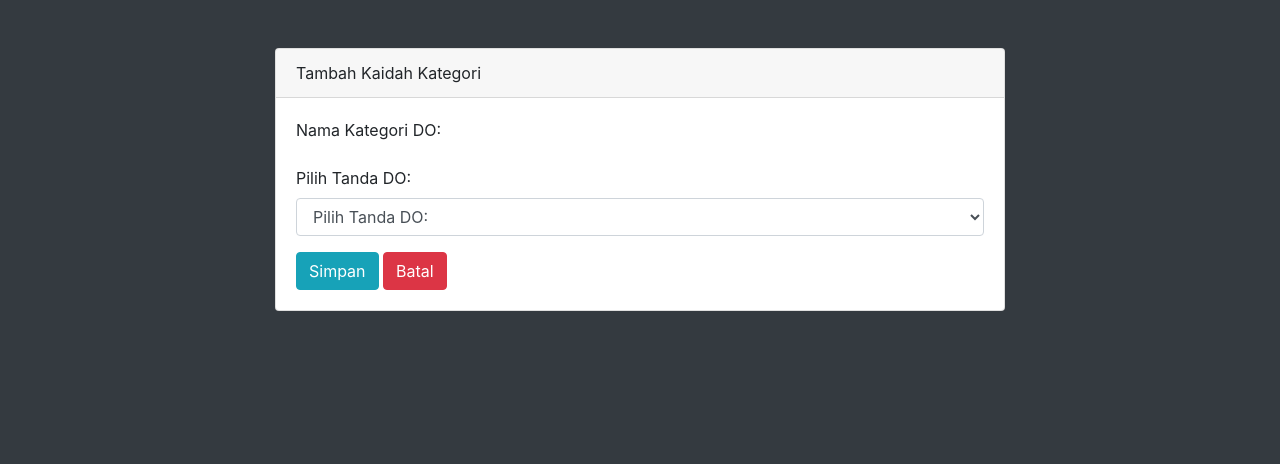
Repository: AdiPrimanto/sistempakar_dempster_shafer
Page: http://localhost/tambahbobot
An editor plug-in stored every save of this project. The page is shown before and after a run of saves, followed by the edit.
The browser window is 1280 px wide. The pictures show the whole page.
The page is served by the project's Laravel application, run on PHP 8.4 with Laravel 8. Other server files are loaded and not shown. The database holds what the project's SQL file puts in it. Queries for data that is not in the repository find no rows.

Above is the page before, as saved 2019-09-02 13:08:44.

### routes/web.php
<?php

/*
|--------------------------------------------------------------------------
| Web Routes
|--------------------------------------------------------------------------
|
| Here is where you can register web routes for your application. These
| routes are loaded by the RouteServiceProvider within a group which
| contains the "web" middleware group. Now create something great!
|
*/
Route::get('/', function ()
 {
    return view('welcome');
});

Route::get('/dashboard', function () {
    return view('admin.dashboard');
});

Auth::routes();

Route::post('/', 'SubmitController@submit');
// Route::get('/mahasiswa', 'MahasiswaController@index');
Route::get('/mahasiswa', 'SubmitController@index')->name('mahasiswa');
Route::get('/mahasiswa/{mahasiswa}/delete', 'SubmitController@delete');

Route::get('/home', 'HomeController@index')->name('home');

Route::get('/tandado', 'TandaDOController@index')->name('tandado');
Route::post('/tandado/store', 'TandaDOController@store');
Route::get('/tandado/{id_tanda}/edit', 'TandaDOController@edit');
Route::post('/tandado/{id_tanda}/update', 'TandaDOController@update');
Route::get('/tandado/{id_tanda}/delete', 'TandaDOController@delete');

Route::get('/kategorido', 'KategoriDOController@index')->name('kategorido');
Route::post('/kategorido/store', 'KategoriDOController@store');
Route::get('/kategorido/{id_kategori}/edit', 'KategoriDOController@edit');
Route::post('/kategorido/{id_kategori}/update', 'KategoriDOController@update');
Route::get('/kategorido/{id_kategori}/delete', 'KategoriDOController@delete');

Route::get('/kaidah', 'KaidahController@index')->name('kaidah');
Route::get('/kaidah/{id_kategori}/delete', 'KaidahController@delete');

Route::get('/bobot/{id_kategori}/show', 'BobotController@index');
Route::get('/bobot', 'BobotController@index');

Route::get('/tambahbobot', 'TambahbobotController@index');
Route::post('/tambahbobot', 'TambahbobotController@insert');

Route::get('/hasil', 'HasilController@index');

Route::get('logout', '\App\Http\Controllers\Auth\LoginController@logout');

### app/Http/Controllers/Auth/LoginController.php
<?php

namespace App\Http\Controllers\Auth;

use Auth;
use Illuminate\Http\Request;

use App\Http\Controllers\Controller;
use Illuminate\Foundation\Auth\AuthenticatesUsers;

class LoginController extends Controller
{
    /*
    |--------------------------------------------------------------------------
    | Login Controller
    |--------------------------------------------------------------------------
    |
    | This controller handles authenticating users for the application and
    | redirecting them to your home screen. The controller uses a trait
    | to conveniently provide its functionality to your applications.
    |
    */

    use AuthenticatesUsers;

    /**
     * Where to redirect users after login.
     *
     * @var string
     */
    protected $redirectTo = '/dashboard';

    /**
     * Create a new controller instance.
     *
     * @return void
     */
    public function __construct()
    {
        $this->middleware('guest')->except('logout');
    }

    public function logout(Request $request)
    {
        Auth::logout();
        return redirect('/');
    }
}

### app/Http/Controllers/TambahbobotController.php
<?php

namespace App\Http\Controllers;

use Illuminate\Http\Request;
use Illuminate\Support\Facades\DB;
use App\Tandado;
use App\Kategorido;

class TambahbobotController extends Controller
{
    public function index()
    {
        $kategori   = \DB::table('kategorido')->pluck('nama_kategori');
        // $kategori   = Kategorido::all();
        $tanda      = Tandado::all();
        return view('admin.tambahbobot', compact('kategori','tanda'));
    }

    public function insert(Request $request)
    {
        $submit = new Bobot();
        $submit->id_tanda = $request->id_tanda;
        $submit->save();

        return redirect('/kaidah');
    }
}

### app/Tandado.php
<?php

namespace App;

use Illuminate\Database\Eloquent\Model;

class Tandado extends Model
{
    protected $table = 'tanda';
    protected $primaryKey = 'id_tanda';
    protected $fillable = ['kode_tanda', 'nama_tanda', 'bobot'];
    public $timestamps = false;
}

### resources/views/admin/tambahbobot.blade.php
<!DOCTYPE html>
<html lang="en">

<head>
    <meta charset="utf-8">
    <meta http-equiv="X-UA-Compatible" content="IE=edge">
    <meta name="viewport" content="width=device-width, initial-scale=1, shrink-to-fit=no">
    <meta name="description" content="">
    <meta name="author" content="">
    <title>Identifikasi Dini Mahasiswa DO</title>
    <link rel="icon" href="frontend/img/akakom.png">
    <!-- Bootstrap core CSS-->
    <link href="{{asset('backend/vendor/bootstrap/css/bootstrap.min.css')}}" rel="stylesheet">
    <!-- Custom fonts for this template-->
    <link href="{{asset('backend/vendor/font-awesome/css/font-awesome.min.css')}}" rel="stylesheet" type="text/css">
    <!-- Custom styles for this template-->
    <link href="{{asset('backend/css/sb-admin.css')}}" rel="stylesheet">
</head>

<body class="bg-dark">
    <div class="container">
        <div class="row justify-content-center">
            <div class="col-md-8">
                <div class="card mx-auto mt-5">
                    <div class="card-header">Tambah Kaidah Kategori</div>
                    <div class="card-body">
                        @csrf
                        <form action="/tambahbobot" method="post">
                            @csrf
                            <div class="form-group">
                                <label for="text">Nama Kategori DO:</label>
                                @foreach ($kategori as $ktg)
                                <input type="text" name="nama_kategori" class="form-control" value="{{$ktg->nama_kategori}}" readonly
                                    autocomplete="off">
                                @endforeach
                            </div>
                            <div class="form-group">
                                <label for="text">Pilih Tanda DO:</label>
                                <select class="form-control" name="nama_tanda" id="dropdown">
                                    <option value="">Pilih Tanda DO:</option>
                                    @foreach ($tanda as $tnd)
                                    <option value="">{{$tnd->nama_tanda}}</option>
                                    @endforeach
                                </select>
                            </div>
                            <button class="btn btn-info" type="submit">Simpan</button>
                            <a href="/kaidah" class="btn btn-danger">Batal</a>
                        </form>
                    </div>
                </div>
            </div>
        </div>
    </div>
    </div>

    <!-- Bootstrap core JavaScript-->
    <script src="{{asset('backend/vendor/jquery/jquery.min.js')}}"></script>
    <script src="{{asset('backend/vendor/bootstrap/js/bootstrap.bundle.min.js')}}"></script>
    <!-- Core plugin JavaScript-->
    <script src="{{asset('backend/vendor/jquery-easing/jquery.easing.min.js')}}"></script>
</body>

</html>

### public/backend/css/sb-admin.css
html {
  position: relative;
  min-height: 100%;
}

body {
  overflow-x: hidden;
}

body.sticky-footer {
  margin-bottom: 56px;
}

body.sticky-footer .content-wrapper {
  min-height: calc(100vh - 56px - 56px);
}

body.fixed-nav {
  padding-top: 56px;
}

.content-wrapper {
  min-height: calc(100vh - 56px);
  padding-top: 1rem;
}

.scroll-to-top {
  position: fixed;
  right: 15px;
  bottom: 3px;
  display: none;
  width: 50px;
  height: 50px;
  text-align: center;
  color: white;
  background: rgba(52, 58, 64, 0.5);
  line-height: 45px;
}

.scroll-to-top:focus, .scroll-to-top:hover {
  color: white;
}

.scroll-to-top:hover {
  background: #343a40;
}

.scroll-to-top i {
  font-weight: 800;
}

.smaller {
  font-size: 0.7rem;
}

.o-hidden {
  overflow: hidden !important;
}

.z-0 {
  z-index: 0;
}

.z-1 {
  z-index: 1;
}

#mainNav .navbar-collapse {
  overflow: auto;
  max-height: 75vh;
}

#mainNav .navbar-collapse .navbar-nav .nav-item .nav-link {
  cursor: pointer;
}

#mainNav .navbar-collapse .navbar-sidenav .nav-link-collapse:after {
  float: right;
  content: '\f107';
  font-family: 'FontAwesome';
}

#mainNav .navbar-collapse .navbar-sidenav .nav-link-collapse.collapsed:after {
  content: '\f105';
}

#mainNav .navbar-collapse .navbar-sidenav .sidenav-second-level,
#mainNav .navbar-collapse .navbar-sidenav .sidenav-third-level {
  padding-left: 0;
}

#mainNav .navbar-collapse .navbar-sidenav .sidenav-second-level > li > a,
#mainNav .navbar-collapse .navbar-sidenav .sidenav-third-level > li > a {
  display: block;
  padding: 0.5em 0;
}

#mainNav .navbar-collapse .navbar-sidenav .sidenav-second-level > li > a:focus, #mainNav .navbar-collapse .navbar-sidenav .sidenav-second-level > li > a:hover,
#mainNav .navbar-collapse .navbar-sidenav .sidenav-third-level > li > a:focus,
#mainNav .navbar-collapse .navbar-sidenav .sidenav-third-level > li > a:hover {
  text-decoration: none;
}

#mainNav .navbar-collapse .navbar-sidenav .sidenav-second-level > li > a {
  padding-left: 1em;
}

#mainNav .navbar-collapse .navbar-sidenav .sidenav-third-level > li > a {
  padding-left: 2em;
}

#mainNav .navbar-collapse .sidenav-toggler {
  display: none;
}

#mainNav .navbar-collapse .navbar-nav > .nav-item.dropdown > .nav-link {
  position: relative;
  min-width: 45px;
}

#mainNav .navbar-collapse .navbar-nav > .nav-item.dropdown > .nav-link:after {
  float: right;
  width: auto;
  content: '\f105';
  border: none;
  font-family: 'FontAwesome';
}

#mainNav .navbar-collapse .navbar-nav > .nav-item.dropdown > .nav-link .indicator {
  position: absolute;
  top: 5px;
  left: 21px;
  font-size: 10px;
}

#mainNav .navbar-collapse .navbar-nav > .nav-item.dropdown.show > .nav-link:after {
  content: '\f107';
}

#mainNav .navbar-collapse .navbar-nav > .nav-item.dropdown .dropdown-menu > .dropdown-item > .dropdown-message {
  overflow: hidden;
  max-width: none;
  text-overflow: ellipsis;
}

@media (min-width: 992px) {
  #mainNav .navbar-brand {
    width: 250px;
  }
  #mainNav .navbar-collapse {
    overflow: visible;
    max-height: none;
  }
  #mainNav .navbar-collapse .navbar-sidenav {
    position: absolute;
    top: 0;
    left: 0;
    -webkit-flex-direction: column;
    -ms-flex-direction: column;
    flex-direction: column;
    margin-top: 56px;
  }
  #mainNav .navbar-collapse .navbar-sidenav > .nav-item {
    width: 250px;
    padding: 0;
  }
  #mainNav .navbar-collapse .navbar-sidenav > .nav-item > .nav-link {
    padding: 1em;
  }
  #mainNav .navbar-collapse .navbar-sidenav > .nav-item .sidenav-second-level,
  #mainNav .navbar-collapse .navbar-sidenav > .nav-item .sidenav-third-level {
    padding-left: 0;
    list-style: none;
  }
  #mainNav .navbar-collapse .navbar-sidenav > .nav-item .sidenav-second-level > li,
  #mainNav .navbar-collapse .navbar-sidenav > .nav-item .sidenav-third-level > li {
    width: 250px;
  }
  #mainNav .navbar-collapse .navbar-sidenav > .nav-item .sidenav-second-level > li > a,
  #mainNav .navbar-collapse .navbar-sidenav > .nav-item .sidenav-third-level > li > a {
    padding: 1em;
  }
  #mainNav .navbar-collapse .navbar-sidenav > .nav-item .sidenav-second-level > li > a {
    padding-left: 2.75em;
  }
  #mainNav .navbar-collapse .navbar-sidenav > .nav-item .sidenav-third-level > li > a {
    padding-left: 3.75em;
  }
  #mainNav .navbar-collapse .navbar-nav > .nav-item.dropdown > .nav-link {
    min-width: 0;
  }
  #mainNav .navbar-collapse .navbar-nav > .nav-item.dropdown > .nav-link:after {
    width: 24px;
    text-align: center;
  }
  #mainNav .navbar-collapse .navbar-nav > .nav-item.dropdown .dropdown-menu > .dropdown-item > .dropdown-message {
    max-width: 300px;
  }
}

#mainNav.fixed-top .sidenav-toggler {
  display: none;
}

@media (min-width: 992px) {
  #mainNav.fixed-top .navbar-sidenav {
    height: calc(100vh - 112px);
  }
  #mainNav.fixed-top .sidenav-toggler {
    position: absolute;
    top: 0;
    left: 0;
    display: flex;
    -webkit-flex-direction: column;
    -ms-flex-direction: column;
    flex-direction: column;
    margin-top: calc(100vh - 56px);
  }
  #mainNav.fixed-top .sidenav-toggler > .nav-item {
    width: 250px;
    padding: 0;
  }
  #mainNav.fixed-top .sidenav-toggler > .nav-item > .nav-link {
    padding: 1em;
  }
}

#mainNav.fixed-top.navbar-dark .sidenav-toggler {
  background-color: #212529;
}

#mainNav.fixed-top.navbar-dark .sidenav-toggler a i {
  color: #adb5bd;
}

#mainNav.fixed-top.navbar-light .sidenav-toggler {
  background-color: #dee2e6;
}

#mainNav.fixed-top.navbar-light .sidenav-toggler a i {
  color: rgba(0, 0, 0, 0.5);
}

body.sidenav-toggled #mainNav.fixed-top .sidenav-toggler {
  overflow-x: hidden;
  width: 55px;
}

body.sidenav-toggled #mainNav.fixed-top .sidenav-toggler .nav-item,
body.sidenav-toggled #mainNav.fixed-top .sidenav-toggler .nav-link {
  width: 55px !important;
}

body.sidenav-toggled #mainNav.fixed-top #sidenavToggler i {
  -webkit-transform: scaleX(-1);
  -moz-transform: scaleX(-1);
  -o-transform: scaleX(-1);
  transform: scaleX(-1);
  filter: FlipH;
  -ms-filter: 'FlipH';
}

#mainNav.static-top .sidenav-toggler {
  display: none;
}

@media (min-width: 992px) {
  #mainNav.static-top .sidenav-toggler {
    display: flex;
  }
}

body.sidenav-toggled #mainNav.static-top #sidenavToggler i {
  -webkit-transform: scaleX(-1);
  -moz-transform: scaleX(-1);
  -o-transform: scaleX(-1);
  transform: scaleX(-1);
  filter: FlipH;
  -ms-filter: 'FlipH';
}

.content-wrapper {
  overflow-x: hidden;
  background: white;
}

@media (min-width: 992px) {
  .content-wrapper {
    margin-left: 250px;
  }
}

#sidenavToggler i {
  font-weight: 800;
}

.navbar-sidenav-tooltip.show {
  display: none;
}

@media (min-width: 992px) {
  body.sidenav-toggled .content-wrapper {
    margin-left: 55px;
  }
}

body.sidenav-toggled .navbar-sidenav {
  width: 55px;
}

body.sidenav-toggled .navbar-sidenav .nav-link-text {
  display: none;
}

body.sidenav-toggled .navbar-sidenav .nav-item,
body.sidenav-toggled .navbar-sidenav .nav-link {
  width: 55px !important;
}

body.sidenav-toggled .navbar-sidenav .nav-item:after,
body.sidenav-toggled .navbar-sidenav .nav-link:after {
  display: none;
}

body.sidenav-toggled .navbar-sidenav .nav-item {
  white-space: nowrap;
}

body.sidenav-toggled .navbar-sidenav-tooltip.show {
  display: flex;
}

#mainNav.navbar-dark .navbar-collapse .navbar-sidenav .nav-link-collapse:after {
  color: #868e96;
}

#mainNav.navbar-dark .navbar-collapse .navbar-sidenav > .nav-item > .nav-link {
  color: #868e96;
}

#mainNav.navbar-dark .navbar-collapse .navbar-sidenav > .nav-item > .nav-link:hover {
  color: #adb5bd;
}

#mainNav.navbar-dark .navbar-collapse .navbar-sidenav > .nav-item .sidenav-second-level > li > a,
#mainNav.navbar-dark .navbar-collapse .navbar-sidenav > .nav-item .sidenav-third-level > li > a {
  color: #868e96;
}

#mainNav.navbar-dark .navbar-collapse .navbar-sidenav > .nav-item .sidenav-second-level > li > a:focus, #mainNav.navbar-dark .navbar-collapse .navbar-sidenav > .nav-item .sidenav-second-level > li > a:hover,
#mainNav.navbar-dark .navbar-collapse .navbar-sidenav > .nav-item .sidenav-third-level > li > a:focus,
#mainNav.navbar-dark .navbar-collapse .navbar-sidenav > .nav-item .sidenav-third-level > li > a:hover {
  color: #adb5bd;
}

#mainNav.navbar-dark .navbar-collapse .navbar-nav > .nav-item.dropdown > .nav-link:after {
  color: #adb5bd;
}

@media (min-width: 992px) {
  #mainNav.navbar-dark .navbar-collapse .navbar-sidenav {
    background: #343a40;
  }
  #mainNav.navbar-dark .navbar-collapse .navbar-sidenav li.active a {
    color: white !important;
    background-color: #495057;
  }
  #mainNav.navbar-dark .navbar-collapse .navbar-sidenav li.active a:focus, #mainNav.navbar-dark .navbar-collapse .navbar-sidenav li.active a:hover {
    color: white;
  }
  #mainNav.navbar-dark .navbar-collapse .navbar-sidenav > .nav-item .sidenav-second-level,
  #mainNav.navbar-dark .navbar-collapse .navbar-sidenav > .nav-item .sidenav-third-level {
    background: #343a40;
  }
}

#mainNav.navbar-light .navbar-collapse .navbar-sidenav .nav-link-collapse:after {
  color: rgba(0, 0, 0, 0.5);
}

#mainNav.navbar-light .navbar-collapse .navbar-sidenav > .nav-item > .nav-link {
  color: rgba(0, 0, 0, 0.5);
}

#mainNav.navbar-light .navbar-collapse .navbar-sidenav > .nav-item > .nav-link:hover {
  color: rgba(0, 0, 0, 0.7);
}

#mainNav.navbar-light .navbar-collapse .navbar-sidenav > .nav-item .sidenav-second-level > li > a,
#mainNav.navbar-light .navbar-collapse .navbar-sidenav > .nav-item .sidenav-third-level > li > a {
  color: rgba(0, 0, 0, 0.5);
}

#mainNav.navbar-light .navbar-collapse .navbar-sidenav > .nav-item .sidenav-second-level > li > a:focus, #mainNav.navbar-light .navbar-collapse .navbar-sidenav > .nav-item .sidenav-second-level > li > a:hover,
#mainNav.navbar-light .navbar-collapse .navbar-sidenav > .nav-item .sidenav-third-level > li > a:focus,
#mainNav.navbar-light .navbar-collapse .navbar-sidenav > .nav-item .sidenav-third-level > li > a:hover {
  color: rgba(0, 0, 0, 0.7);
}

#mainNav.navbar-light .navbar-collapse .navbar-nav > .nav-item.dropdown > .nav-link:after {
  color: rgba(0, 0, 0, 0.5);
}

@media (min-width: 992px) {
  #mainNav.navbar-light .navbar-collapse .navbar-sidenav {
    background: #f8f9fa;
  }
  #mainNav.navbar-light .navbar-collapse .navbar-sidenav li.active a {
    color: #000 !important;
    background-color: #e9ecef;
  }
  #mainNav.navbar-light .navbar-collapse .navbar-sidenav li.active a:focus, #mainNav.navbar-light .navbar-collapse .navbar-sidenav li.active a:hover {
    color: #000;
  }
  #mainNav.navbar-light .navbar-collapse .navbar-sidenav > .nav-item .sidenav-second-level,
  #mainNav.navbar-light .navbar-collapse .navbar-sidenav > .nav-item .sidenav-third-level {
    background: #f8f9fa;
  }
}

.card-body-icon {
  position: absolute;
  z-index: 0;
  top: -25px;
  right: -25px;
  font-size: 5rem;
  -webkit-transform: rotate(15deg);
  -ms-transform: rotate(15deg);
  transform: rotate(15deg);
}

@media (min-width: 576px) {
  .card-columns {
    column-count: 1;
  }
}

@media (min-width: 768px) {
  .card-columns {
    column-count: 2;
  }
}

@media (min-width: 1200px) {
  .card-columns {
    column-count: 2;
  }
}

.card-login {
  max-width: 25rem;
}

.card-register {
  max-width: 40rem;
}

footer.sticky-footer {
  position: absolute;
  right: 0;
  bottom: 0;
  width: 100%;
  height: 56px;
  background-color: #e9ecef;
  line-height: 55px;
}

@media (min-width: 992px) {
  footer.sticky-footer {
    width: calc(100% - 250px);
  }
}

@media (min-width: 992px) {
  body.sidenav-toggled footer.sticky-footer {
    width: calc(100% - 55px);
  }
}

### pakar.sql (the tables this page reads)
CREATE TABLE `tanda` (
  `id_tanda` int(2) NOT NULL,
  `kode_tanda` varchar(4) NOT NULL,
  `bobot` float NOT NULL,
  `nama_tanda` varchar(255) NOT NULL
) ENGINE=InnoDB DEFAULT CHARSET=latin1;

INSERT INTO `tanda` (`id_tanda`, `kode_tanda`, `bobot`, `nama_tanda`) VALUES
(1, 'T001', 0.7, 'Kehadiran Kurang'),
(2, 'T002', 0.8, 'IPK dengan Tren Turun (3 semester berturut - turut)'),
(3, 'T003', 8.8, 'IPK dibawah standar 2 semester berturut - turut'),
(4, 'T004', 0.6, 'Cuti Ijin 2 semester'),
(5, 'T005', 0.5, 'Pelanggaran Kode Etik'),
(6, 'T006', 0.8, 'Masa Studi Maksimal tinggi 1 semester'),
(7, 'T007', 0.9, 'Nilai D dan E masih 30% setiap semester'),
(8, 'T008', 0.7, 'Cuti tanpa ijin 2 Semester'),
(9, 'T009', 0.4, 'Kegiatan Organisasi dominan (4 semester)'),
(10, 'T010', 0.6, 'Kuliah sambil Kerja (lebih dari 3 semester)'),
(11, 'T011', 0.7, 'Salah Pergaulan'),
(12, 'T012', 0.5, 'Tidak bisa menyesuaikan kegiatan kampus');

ALTER TABLE `tanda`
  ADD PRIMARY KEY (`id_tanda`);

ALTER TABLE `tanda`
  MODIFY `id_tanda` int(2) NOT NULL AUTO_INCREMENT, AUTO_INCREMENT=13;

### app/Kategorido.php
<?php

namespace App;

use Illuminate\Database\Eloquent\Model;

class Kategorido extends Model
{
    protected $table = 'kategori';
    protected $primaryKey = 'id_kategori';
    protected $fillable = ['kode_kategori', 'nama_kategori'];
    public $timestamps = false;
}

Loaded but not shown: app/Http/Controllers/Controller.php (common file)

After the next 3 saves:
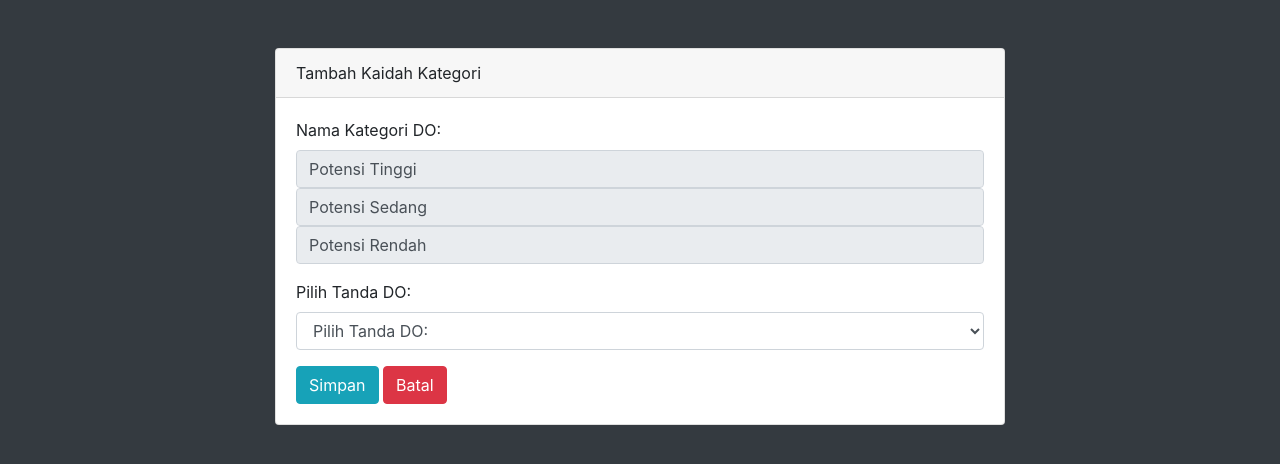
The 3 saves are shown as one change because they came seconds apart.
The last was saved 10 s later.
--- a/app/Http/Controllers/TambahbobotController.php
+++ b/app/Http/Controllers/TambahbobotController.php
@@ -11,8 +11,8 @@ class TambahbobotController extends Controller
 {
     public function index()
     {
-        $kategori   = \DB::table('kategorido')->pluck('nama_kategori');
-        // $kategori   = Kategorido::all();
+        // $kategori   = \DB::table('kategorido')->select('nama_kategori');
+        $kategori   = Kategorido::all();
         $tanda      = Tandado::all();
         return view('admin.tambahbobot', compact('kategori','tanda'));
     }
